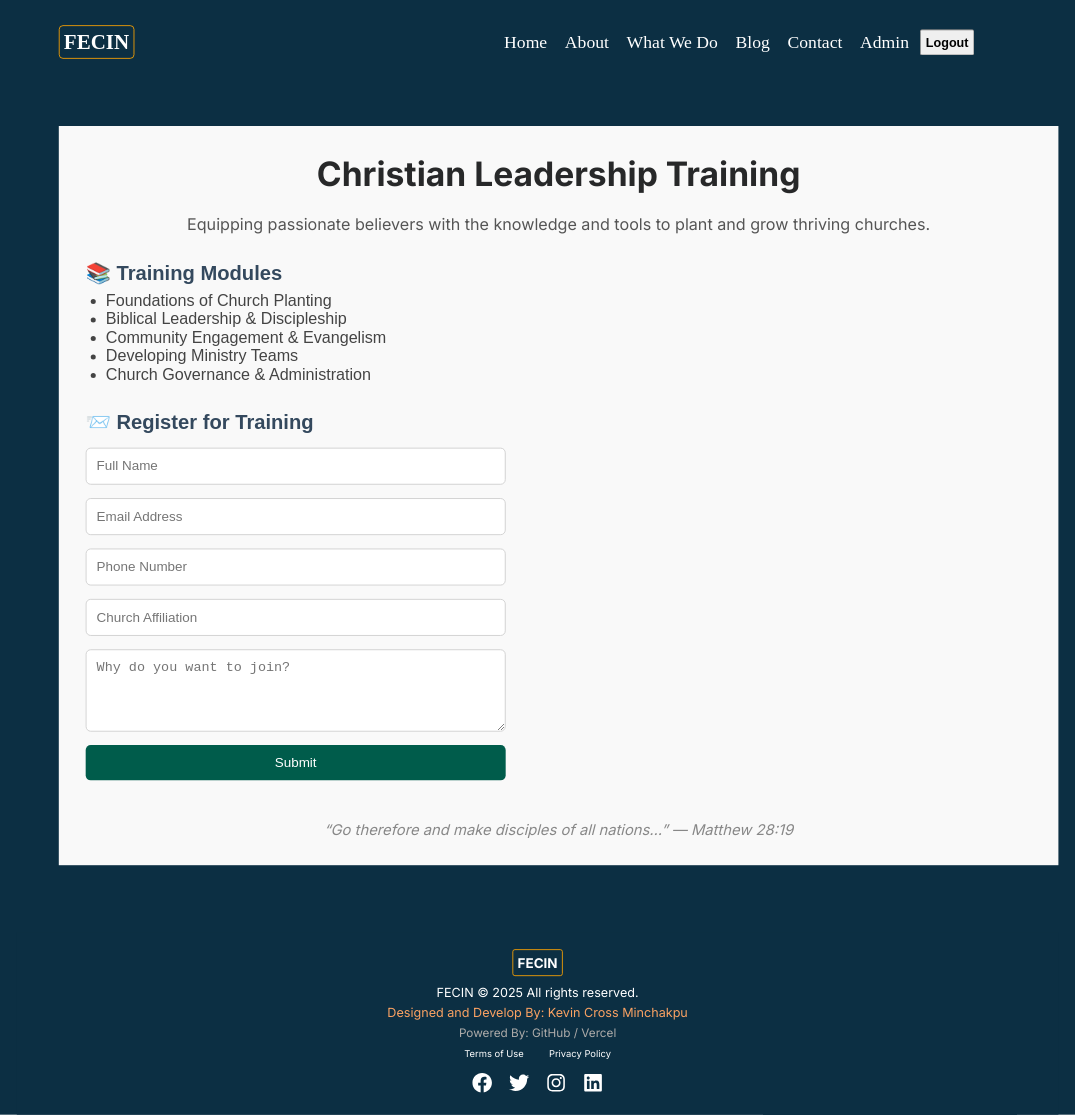
Repository: KCMinchakpu/fecin-projectgs497
Page: /leadership-development
The author's editor kept a copy of each file at every save. The page is drawn from the files as they stood at one save, then again after the next save.
The browser window is 1280 px wide. The pictures show the whole page, at 84% of full size.
The project was rebuilt for these pictures with package versions that can differ from the ones it lists, and the page was loaded fresh each time. The framework's server and built-in components were replaced by stand-ins that run in the browser. Also part of the build but not shown: next.config.mjs.

Above is the page before, as saved 2025-04-07 19:02:24.

After the next save:
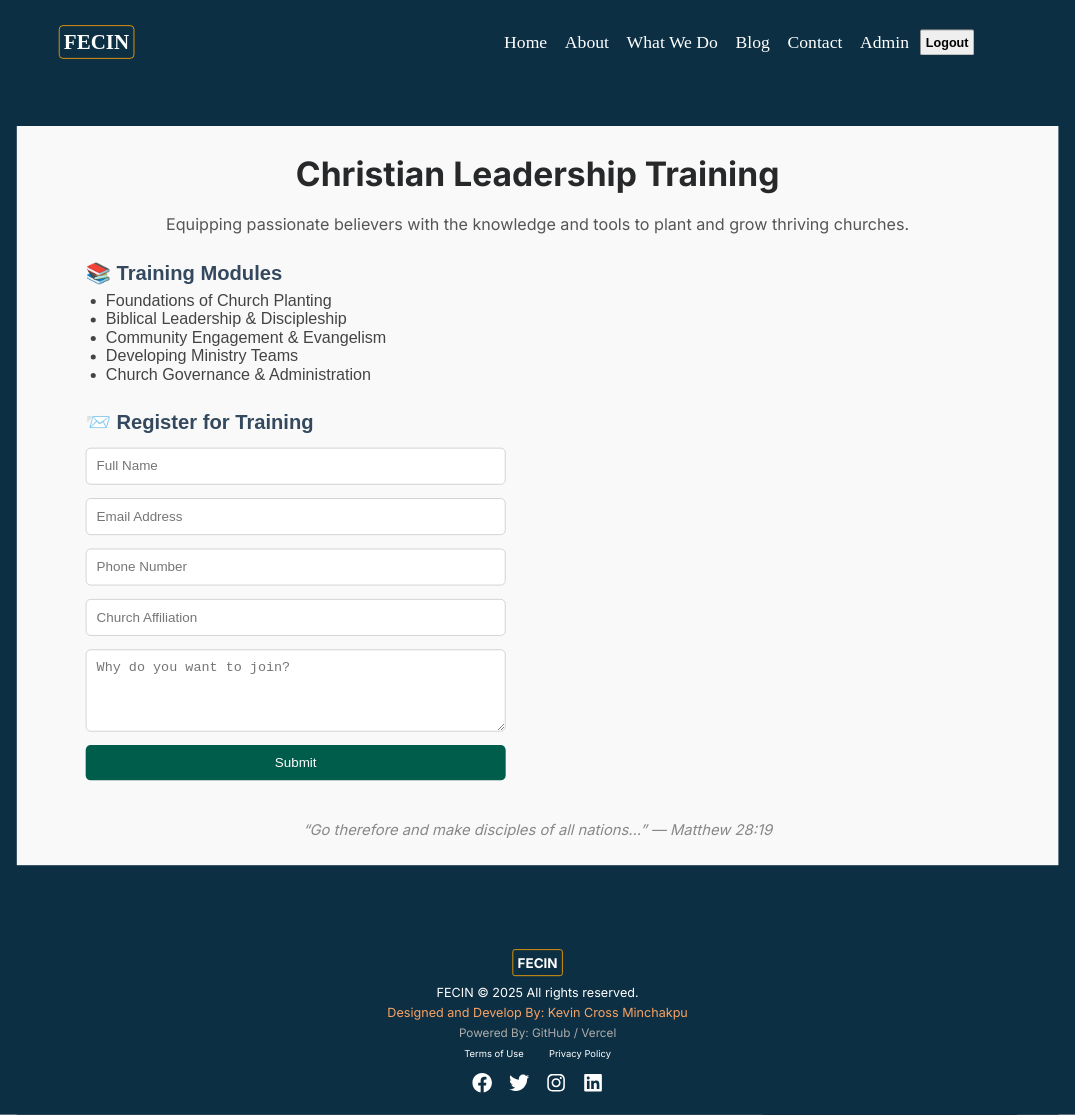
Saved 48 s later.
--- a/src/app/leadership-development/Leadership.module.css
+++ b/src/app/leadership-development/Leadership.module.css
@@ -3,7 +3,6 @@
     background-color: #f9f9f9;
     margin-top: 50px;
     margin-bottom: 80px;
-    margin-left: 50px;
   }
 
   .heading {
@@ -24,6 +23,7 @@
     margin-bottom: 2rem;
     font-family: Arial, Helvetica, sans-serif;
     font-size: 1.2rem;
+    margin-left: 50px;
   }
 
   .section h2 {
